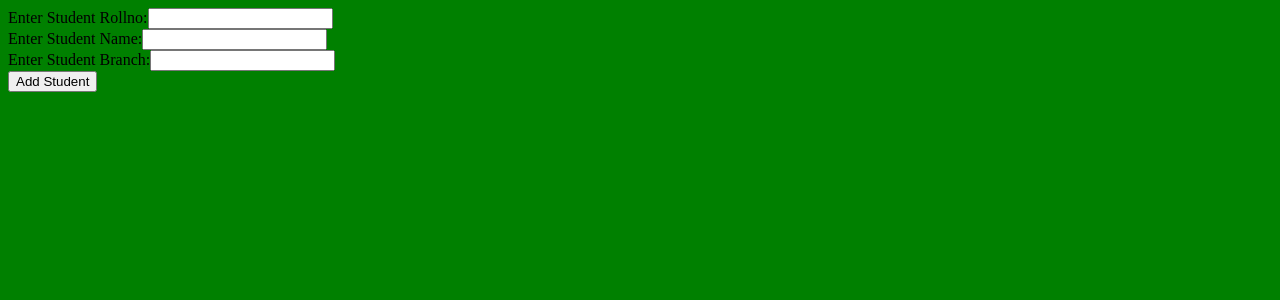
Repository: chinthaginjalabhuvan/Java
Page: ServletRealTimeProject/src/main/webapp/Add.html
The author's editor kept a copy of each file at every save. The page is drawn from the files as they stood at one save, then again after the next save.
The browser window is 1280 px wide. The pictures show the whole page.

Above is the page before, as saved 2025-06-04 08:50:33.

### ServletRealTimeProject/src/main/webapp/Add.html
<html>
<body bgcolor="green">
<form action="./add">
Enter Student Rollno:<input type="text" name="rollno"/><br/>
Enter Student Name:<input type="text" name="name"/><br/>
Enter Student Branch:<input type="text" name="branch"/><br/>
<button type="submit">Add Student</button>
</form>
</body>
</html>

After the next save:
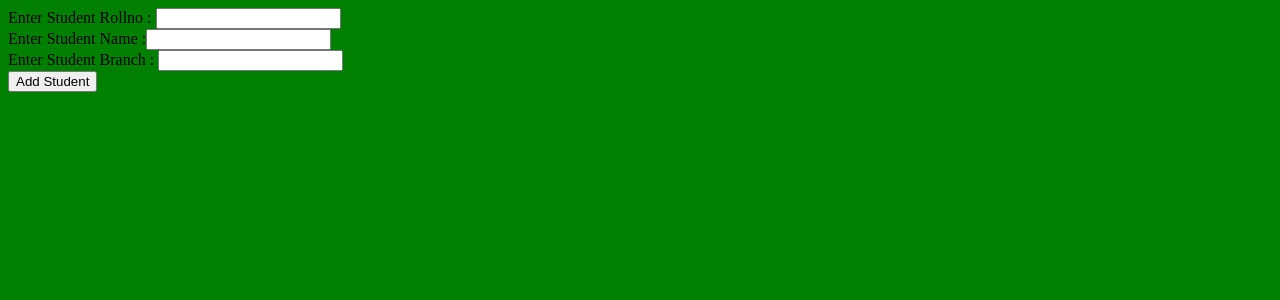
Saved 6 min 5 s later.
--- a/ServletRealTimeProject/src/main/webapp/Add.html
+++ b/ServletRealTimeProject/src/main/webapp/Add.html
@@ -1,10 +1,17 @@
 <html>
+
 <body bgcolor="green">
+
 <form action="./add">
-Enter Student Rollno:<input type="text" name="rollno"/><br/>
-Enter Student Name:<input type="text" name="name"/><br/>
-Enter Student Branch:<input type="text" name="branch"/><br/>
+Enter Student Rollno : <input type="text" name="rollno"/><br/>
+
+Enter Student Name :<input type="text" name="name"/><br/>
+
+Enter Student Branch : <input type="text" name="branch"/><br/>
+
 <button type="submit">Add Student</button>
 </form>
+
 </body>
+
 </html>
